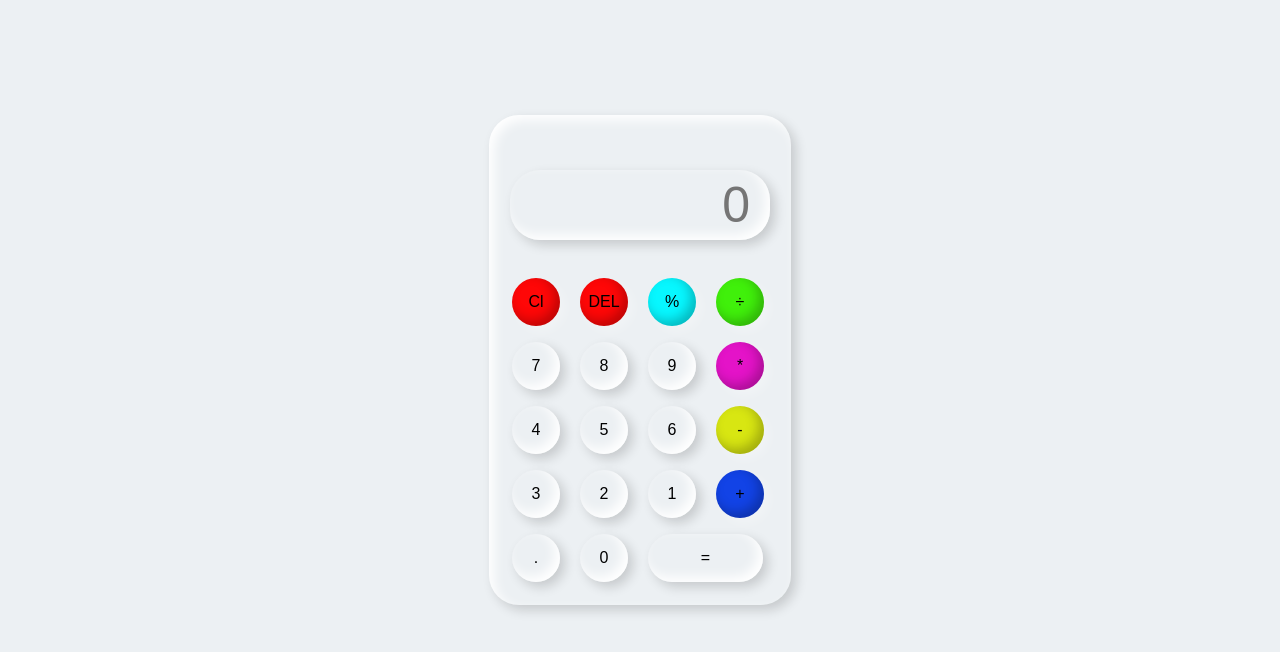
Repository: Mayur2905/OIBSIP
Page: Task-3/index.html
These files come from the project's save history. The page is drawn as it stood at one moment and after the next save; the edit follows.
The browser window is 1280 px wide. The pictures show the whole page.

Above is the page before, as saved 2022-02-02 15:52:43.

After the next save:
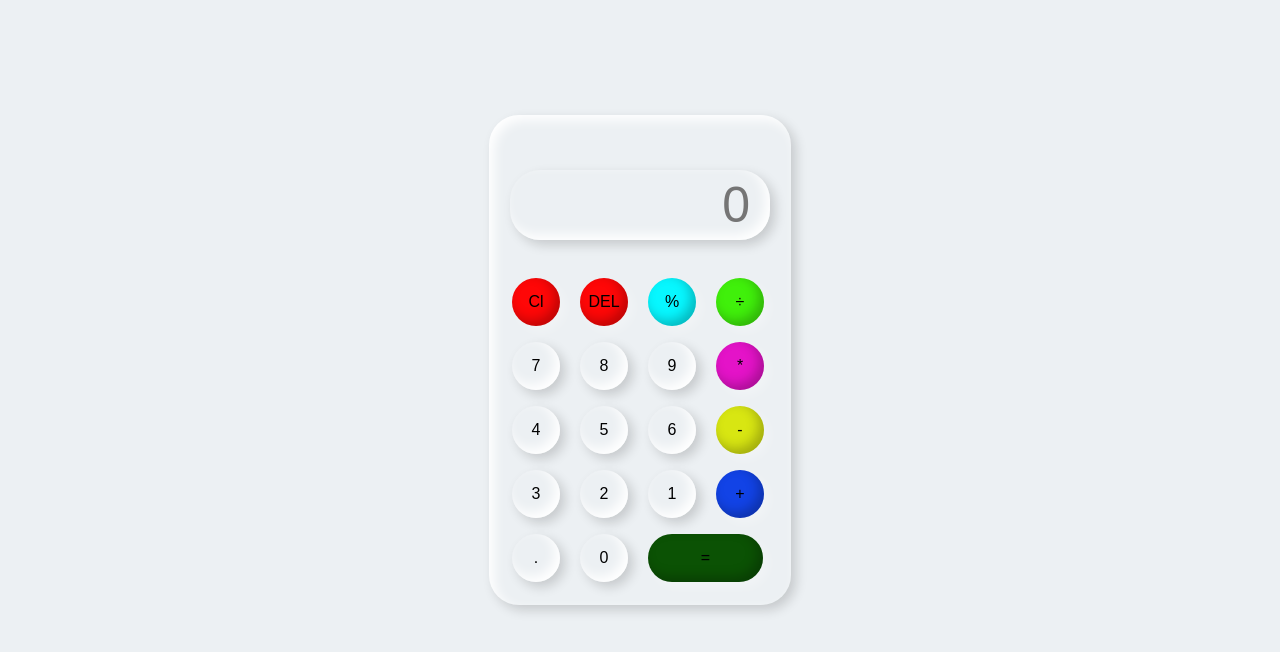
Saved 30 s later.
--- a/Task-3/style.css
+++ b/Task-3/style.css
@@ -88,7 +88,7 @@ button {
     5px 5px 12px rgba(255, 255, 255, 0.3);
 }
 
-.equ {
+.equal {
   background-color: #0b5204;
   box-shadow: inset -5px -5px 12px rgba(0, 0, 0, 0.25),
     5px 5px 12px rgba(255, 255, 255, 0.3);
